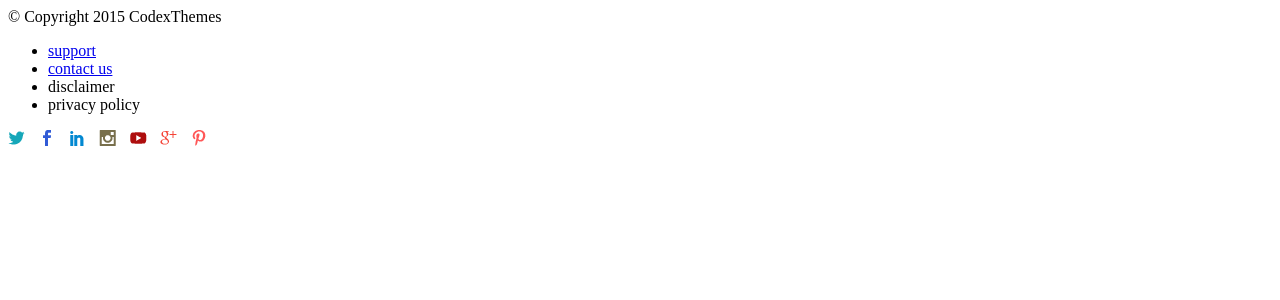
Repository: flylessbird/shop_cart
Page: html/footer.html
The author's editor kept a copy of each file at every save. The page is drawn from the files as they stood at one save, then again after a run of saves.
The browser window is 1280 px wide. The pictures show the whole page.

Above is the page before, as saved 2022-05-10 15:31:37.

### html/footer.html
<!DOCTYPE html>
<html lang="en">
<head>
    <meta charset="UTF-8">
    <meta http-equiv="X-UA-Compatible" content="IE=edge">
    <meta name="viewport" content="width=device-width, initial-scale=1.0">
    <title>Document</title>
</head>
<body>
    <footer class="ft">
<div class="text">
    <span class="copy">&copy; Copyright 2015</span>
    <span class="theme">CodexThemes</span>
</div>
<ul class="ft_option">
<li><a href="#">support</a></li>
<li><a href="#">contact us</a></li>
<li>disclaimer</li>
<li>privacy policy</li>
</ul>
<img src="/img/social.png" alt="">
    </footer>
</body>
</html>

After the next 2 saves:
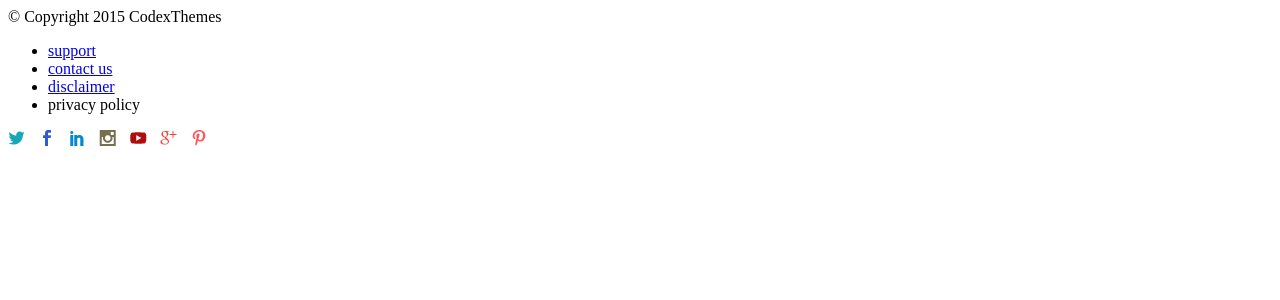
The 2 saves are shown as one change because they came seconds apart.
The last was saved 10 s later.
--- a/html/footer.html
+++ b/html/footer.html
@@ -15,7 +15,7 @@
 <ul class="ft_option">
 <li><a href="#">support</a></li>
 <li><a href="#">contact us</a></li>
-<li>disclaimer</li>
+<li><a href="#">disclaimer</a></li>
 <li>privacy policy</li>
 </ul>
 <img src="/img/social.png" alt="">
